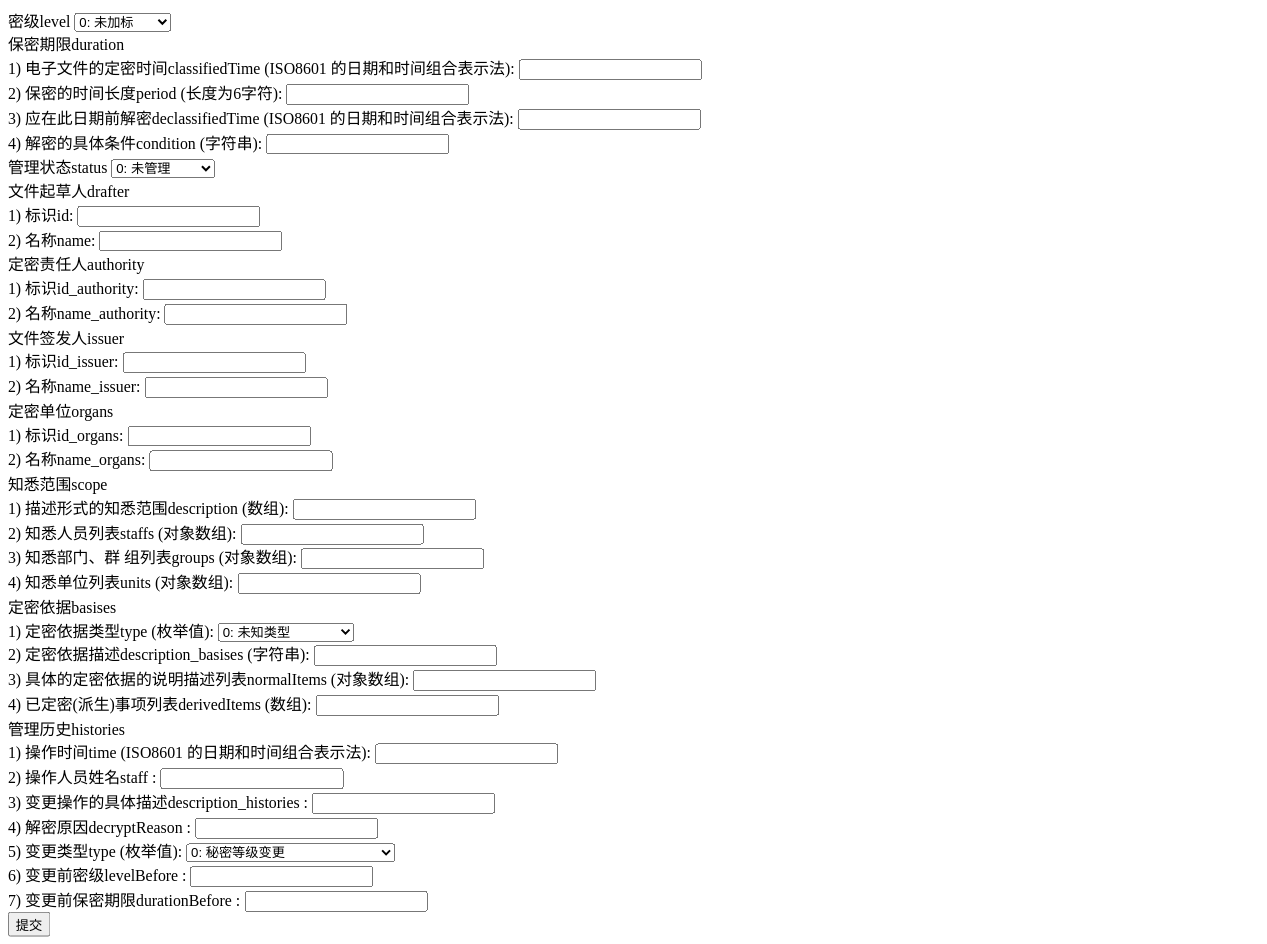
Repository: karlinglee93/eclipse-workspace
Page: jsp_test/WebContent/test.html
These files come from the project's save history. The page is drawn as it stood at one moment and after the next save; the edit follows.
The browser window is 1280 px wide. The pictures show the whole page, at 99% of full size.

Above is the page before, as saved 2018-07-04 08:57:14.

### jsp_test/WebContent/test.html
<!DOCTYPE html>
<html>
<head>
<meta charset="utf-8">
<title>Label</title>
</head>
<body>

<form action="main.jsp" method="GET">
密级level
<select name="level">
<option value="0">0: 未加标</option>
<option value="10">10: 国密公开</option>
<option value="11">11: 商密公开</option>
<option value="20">20: 国密内部</option>
<option value="21">21: 商密内部</option>
<option value="50">50: 普通商密</option>
<option value="80">80: 核心商密</option>
<option value="120">120: 秘密</option>
<option value="150">150: 机密</option>
<option value="180">180: 绝密</option>
</select>
<br />

保密期限duration
<!--不足之处：
	1）ISO8601 的日期和时间组合表示法必须人工手打；
	2）period 和declassifiedTime 之间应该存在一定的逻辑关系；
	3）condition 和其他关键字也应该存在逻辑关系。  -->
<br />
1) 电子文件的定密时间classifiedTime (ISO8601 的日期和时间组合表示法):
<input type="text" name="classifiedTime" />
<br />
2) 保密的时间长度period (长度为6字符):
<input type="text" name="period" />
<br />
3) 应在此日期前解密declassifiedTime (ISO8601 的日期和时间组合表示法):
<input type="text" name="declassifiedTime" />
<br />
4) 解密的具体条件condition (字符串):
<input type="text" name="condition" />
<br />

管理状态status
<select name="status">
<option value="0">0: 未管理</option>
<option value="20">20: 忽略</option>
<option value="50">50: 预定密</option>
<option value="80">80: 正式定密</option>
<option value="110">110: 文件签发</option>
<option value="140">140: 密级变更</option>
<option value="170">170: 文件解密</option>
</select>
<br />

文件起草人drafter
<br />
1) 标识id:
<input type="text" name="id" />
<br />
2) 名称name:
<input type="text" name="name" />
<br />

定密责任人authority
<br />
1) 标识id_authority:
<input type="text" name="id_authority" />
<br />
2) 名称name_authority:
<input type="text" name="name_authority" />
<br />

文件签发人issuer
<br />
1) 标识id_issuer:
<input type="text" name="id_issuer" />
<br />
2) 名称name_issuer:
<input type="text" name="name_issuer" />
<br />

定密单位organs
<!-- 对象数组 -->
<br />
1) 标识id_organs:
<input type="text" name="id_organs" />
<br />
2) 名称name_organs:
<input type="text" name="name_organs" />
<br />

知悉范围scope
<!-- 不足之处：
	1）staffs/groups/units 为对象数组，其中都包含id & name。
 -->
<br />
1) 描述形式的知悉范围description (数组):
<input type="text" name="description" />
<br />
2) 知悉人员列表staffs (对象数组):
<input type="text" name="staffs" />
<br />
3) 知悉部门、群 组列表groups (对象数组):
<input type="text" name="groups" />
<br />
4) 知悉单位列表units (对象数组):
<input type="text" name="units" />
<br />

定密依据basises
<!-- 不足之处：
	1）normalItems 中包含id/name/level/duration/scope/keys。
 -->
<br />
1) 定密依据类型type (枚举值):
<select name="type">
<option value="0">0: 未知类型</option>
<option value="10">10: 确定性定密事项</option>
<option value="50">50: 不明确事项</option>
<option value="90">90: 无权定密事项</option>
<option value="130">130: 派生定密事项</option>
</select>
<br />
2) 定密依据描述description_basises (字符串):
<input type="text" name="description_basises" />
<br />
3) 具体的定密依据的说明描述列表normalItems (对象数组):
<input type="text" name="normalItems" />
<br />
4) 已定密(派生)事项列表derivedItems (数组):
<input type="text" name="derivedItems" />
<br />

管理历史histories
<!-- 不足之处：
	1）normalItems 中包含id/name/level/duration/scope/keys。
 -->
<br />
1) 操作时间time (ISO8601 的日期和时间组合表示法):
<input type="text" name="time" />
<br />
2) 操作人员姓名staff :
<input type="text" name="staff" />
<br />
3) 变更操作的具体描述description_histories :
<input type="text" name="description_histories" />
<br />
4) 解密原因decryptReason :
<input type="text" name="decryptReason" />
<br />
5) 变更类型type (枚举值):
<select name="type">
<option value="0">0: 秘密等级变更</option>
<option value="1">1: 保密期限变更</option>
<option value="3">3: 秘密等级变更及保密期限变更</option>
</select>
<br />
6) 变更前密级levelBefore :
<input type="text" name="levelBefore" />
<br />
7) 变更前保密期限durationBefore :
<input type="text" name="durationBefore" />
<br />

<input type="submit" value="提交" />
</form>
</body>
</html>

After the next save:
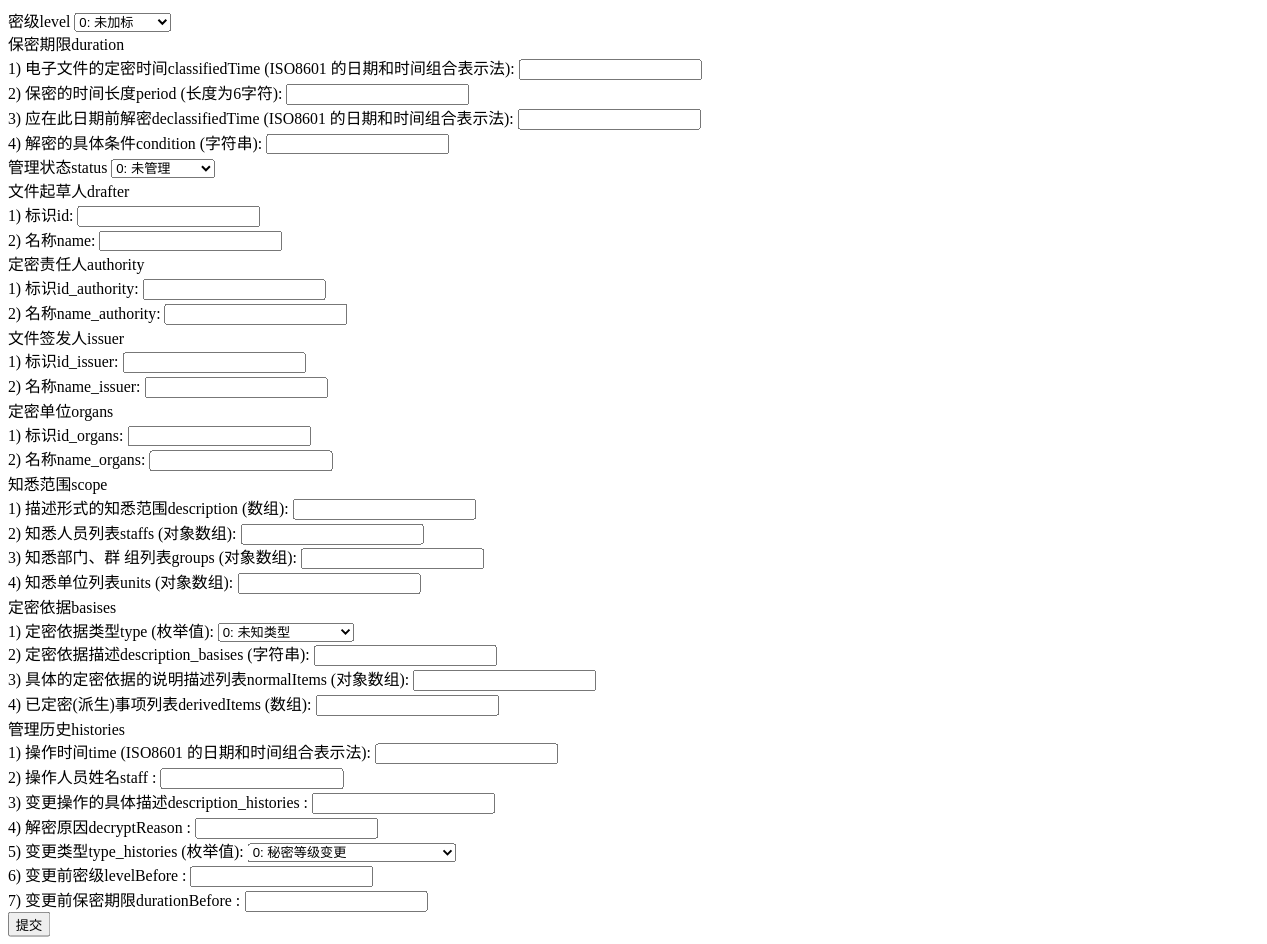
Saved 7 s later.
--- a/jsp_test/WebContent/test.html
+++ b/jsp_test/WebContent/test.html
@@ -149,8 +149,8 @@
 4) 解密原因decryptReason :
 <input type="text" name="decryptReason" />
 <br />
-5) 变更类型type (枚举值):
-<select name="type">
+5) 变更类型type_histories (枚举值):
+<select name="type_histories">
 <option value="0">0: 秘密等级变更</option>
 <option value="1">1: 保密期限变更</option>
 <option value="3">3: 秘密等级变更及保密期限变更</option>
